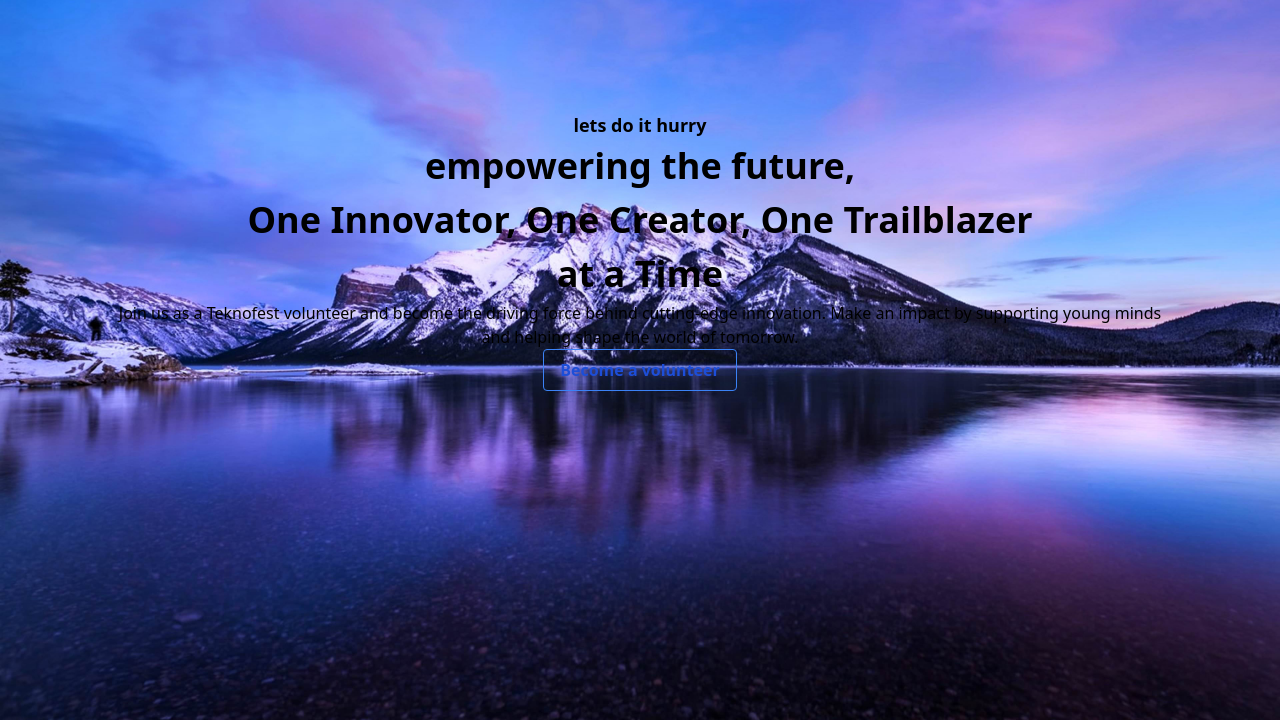
Repository: ManaheelJamil/TechnoFest-competetion
Page: /
The author's editor kept a copy of each file at every save. The page is drawn from the files as they stood at one save, then again after the next save.
The browser window is 1280 px wide. The pictures show the whole page.
The project was rebuilt for these pictures with package versions that can differ from the ones it lists, and the page was loaded fresh each time. The framework's server and built-in components were replaced by stand-ins that run in the browser. Also part of the build but not shown: next.config.mjs.

Above is the page before, as saved 2024-10-13 13:27:35.

### app/layout.js
import localFont from "next/font/local";
import "./globals.css";
const geistSans = localFont({
  src: "./fonts/GeistVF.woff",
  variable: "--font-geist-sans",
  weight: "100 900",
});
const geistMono = localFont({
  src: "./fonts/GeistMonoVF.woff",
  variable: "--font-geist-mono",
  weight: "100 900",
});

export const metadata = {
  title: "Create Next App",
  description: "Generated by create next app",
};

export default function RootLayout({ children }) {
  return (
    <html lang="en">
      <body
        className={`${geistSans.variable} ${geistMono.variable} antialiased`}
      >

        {children}

      </body>
    </html>
  );
}

### app/page.js
import Irtizatask from "./compoenent/irtizatask";
export default function Home() {
  return (
    <div>
      <Irtizatask/>
    </div>
  );
}

### app/globals.css
@tailwind base;
@tailwind components;
@tailwind utilities;
.banner{
    background-image: url('/taskimage.jpg');
    background-position: center;
    background-size: cover;
    background-repeat: no-repeat;
    width: 100%;
    height: 100vh;
}

### app/compoenent/irtizatask.js
import React from 'react'

const Irtizatask = () => {
  return (
    <div className='flex justify-center  w-full h-100vh banner' >

        <div className='flex flex-col justify-items-center text- text-center items-center m-28'  >
        <p className='text-[18px] font-bold'>
            lets do it hurry
        </p>
        <p className='text-[36px] font-bold'>
            empowering the future,
            <p className='text-[36px] font-bold'>
            One Innovator, One Creator, One Trailblazer
            </p>
            at a Time
        </p>

            <p className='text-[16px]'>
            Join us as a Teknofest volunteer and become the driving force behind cutting-edge innovation. Make an impact by supporting young minds and helping shape the world of tomorrow.
            </p>
            <button className='bg-transparent hover:bg-blue-500 text-blue-700 font-semibold hover:text-white py-2 px-4 border border-blue-500 hover:border-transparent rounded'>
                Become a volunteer
            </button>
            </div>

    </div>
  )
}

export default Irtizatask

Loaded but not shown: tailwind.config.js (common file)

After the next save:
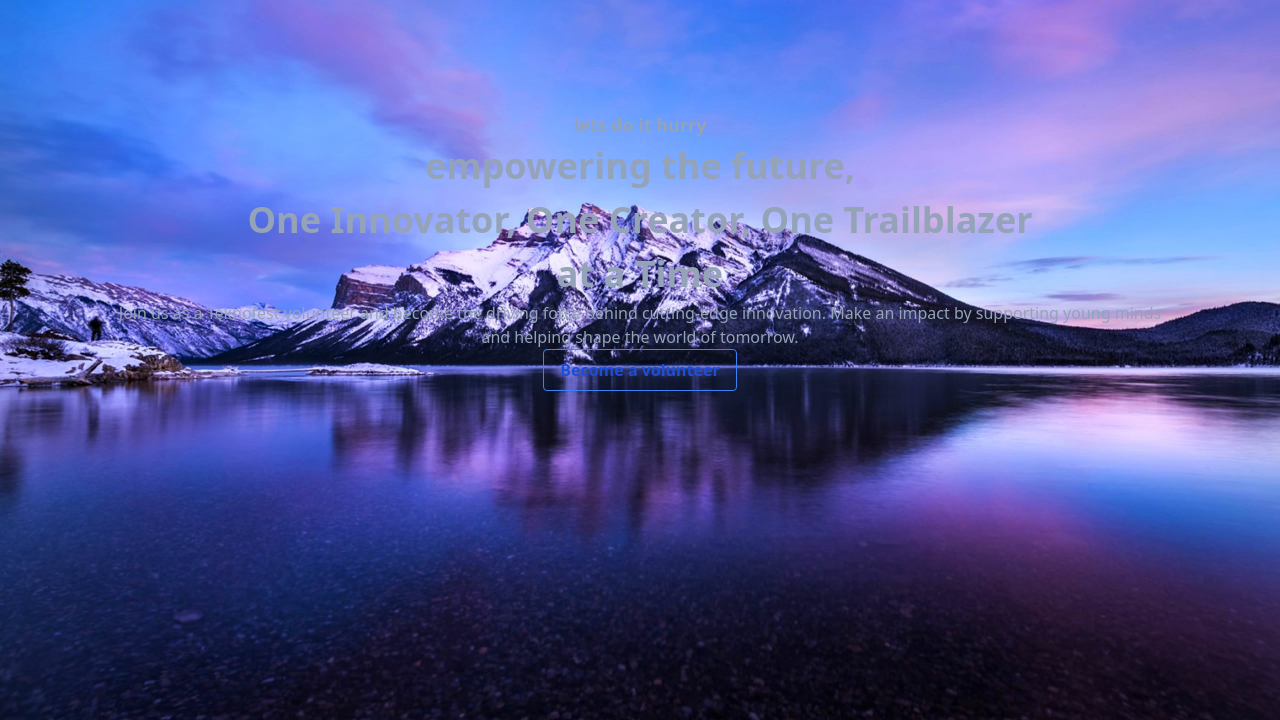
Saved 8 s later.
--- a/app/compoenent/irtizatask.js
+++ b/app/compoenent/irtizatask.js
@@ -4,7 +4,7 @@ const Irtizatask = () => {
   return (
     <div className='flex justify-center  w-full h-100vh banner' >
 
-        <div className='flex flex-col justify-items-center text- text-center items-center m-28'  >
+        <div className='flex flex-col justify-items-center text-slate-400 text-center items-center m-28'  >
         <p className='text-[18px] font-bold'>
             lets do it hurry
         </p>
